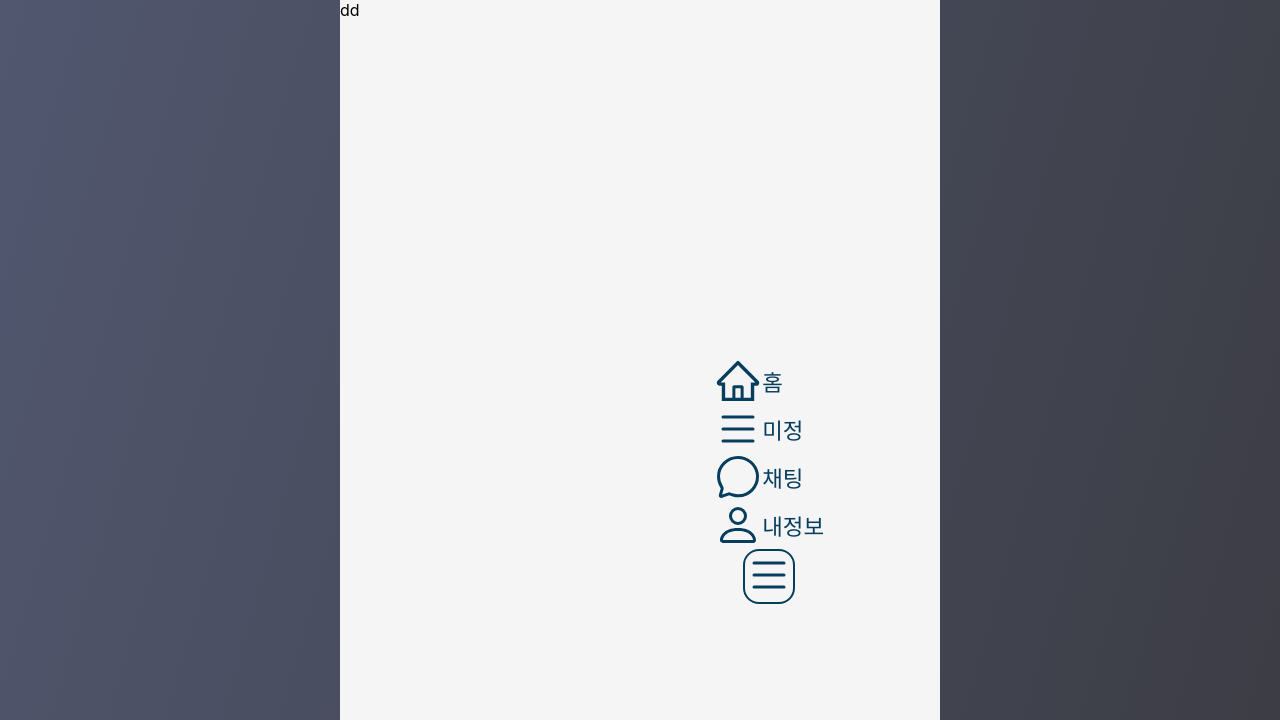
Repository: SeungYn/hanium
Page: /
These files come from the project's save history. The page is drawn as it stood at one moment and after a run of saves; the edit follows.
The browser window is 1280 px wide. The pictures show the whole page.
The project was rebuilt for these pictures with package versions that can differ from the ones it lists, and the page was loaded fresh each time. Also part of the build but not shown: src/App.css, src/components/ReadPopup/ReadPopup.module.css, src/components/ReadPopup/ReadPopup.jsx, src/pages/login/Login.jsx.

Above is the page before, as saved 2022-10-27 14:01:06.

### src/index.js
import React from 'react';
import ReactDOM from 'react-dom/client';
import './index.css';
import App from './App';

import { AuthErrorEventBus, AuthProvider } from './context/AuthContext';
import TokenStorage from './db/token';
import HttpClient from './network/http';
import AuthService from './service/auth';

const baseURL = 'https://d4a8ab3f9df191.lhr.life';
const tokenStorage = new TokenStorage();
const authErrorEventBus = new AuthErrorEventBus();
const httpClient = new HttpClient(baseURL, authErrorEventBus, tokenStorage);
const authService = new AuthService(httpClient, tokenStorage);

const root = ReactDOM.createRoot(document.getElementById('root'));
root.render(
  <React.StrictMode>
    <AuthProvider
      authService={authService}
      authErrorEventBus={authErrorEventBus}
      tokenStorage={tokenStorage}
    >
      <App authService={authService} />
    </AuthProvider>
  </React.StrictMode>
);

### src/index.css
:root {
  --color-darkBlue: #073d5d;
  --color-main: #42a5f5;
  --color-bg-dark: #f5f5f5;
  --color-bg: #fdfffd;
  --color-font: #073d5d;
  --color-accent: #073d5d;
  --color-font-accent: white;
  --color-error-bg: rgba(173, 173, 173, 0.401);
  --color-popup-bg: white;
  /* 사이즈 */
  --font-size-medium: 1.4rem;
  --font-size-small: 1rem;
}

* {
  box-sizing: border-box;
}

html,
body {
  height: 100%;
  width: 100%;
  margin: 0;
  background: rgb(81, 87, 111);
  background: linear-gradient(
    106deg,
    rgba(81, 87, 111, 1) 0%,
    rgba(60, 61, 69, 1) 100%
  );
  accent-color: var(--color-accent);
}
a {
  text-decoration: none;
  color: var(--color-font);
}
ul {
  padding: 0;
  margin: 0;
  list-style: none;
}
#root {
  height: 100%;
  width: 100%;
  max-width: 600px;
  background-color: var(--color-bg-dark);
  margin: auto;
  display: flex;
  flex-direction: column;
  position: relative;
}

button {
  cursor: pointer;
}
body {
  margin: 0;
  font-family: -apple-system, BlinkMacSystemFont, 'Segoe UI', 'Roboto', 'Oxygen',
    'Ubuntu', 'Cantarell', 'Fira Sans', 'Droid Sans', 'Helvetica Neue',
    sans-serif;
  -webkit-font-smoothing: antialiased;
  -moz-osx-font-smoothing: grayscale;
}

code {
  font-family: source-code-pro, Menlo, Monaco, Consolas, 'Courier New',
    monospace;
}

### src/App.js
import { useCallback } from 'react';
import { createBrowserRouter, RouterProvider } from 'react-router-dom';
import './App.css';
import FirstPage from './pages/firstPage/FirstPage';
import Root from './pages/Root';

// const router = createBrowserRouter([
//   {
//     path: '/',
//     element: <Root />,
//     children: [],
//   },
// ]);

function App({ authService }) {
  const router = useCallback(
    createBrowserRouter([
      {
        path: '/',
        element: <Root />,
        children: [
          { index: true, element: <FirstPage authService={authService} /> },
        ],
      },
    ]),
    [authService]
  );
  return <RouterProvider router={router} />;
}

export default App;

### src/context/AuthContext.jsx
import {
  createContext,
  createRef,
  useCallback,
  useContext,
  useEffect,
  useImperativeHandle,
  useMemo,
  useState,
} from 'react';
import ReadPopup from '../components/ReadPopup/ReadPopup';

import Login from '../pages/login/Login';

const AuthContext = createContext({});

const contextRef = createRef();

export function AuthProvider({
  authService,
  authErrorEventBus,
  children,
  tokenStorage,
}) {
  const [user, setUser] = useState(1);
  const [error, setError] = useState(null);

  const context = useMemo(() => ({}), []);

  const onLogin = async ({ loginId, password }) => {
    await authService
      .headerTokenLogin(loginId, password)
      .then((data) => {
        console.log(data);
        tokenStorage.saveUser({
          memberId: data.memberId,
          nickname: data.nickname,
        });
        setUser({ memberId: data.memberId, nickName: data.nickname });
        console.log(tokenStorage.getUser());
        return;
      })
      .catch((error) => {
        setError(error);
      });
  };

  const logout = useCallback(
    async () =>
      await authService.logout().then(() => {
        setUser(undefined);
      }),
    [authService]
  );

  useEffect(() => {
    authErrorEventBus.listen((err) => {
      console.log('err');
      console.log(err);
      setError(err);
      setUser(undefined);
      authService.logout();
    });
  }, [authErrorEventBus]);

  useEffect(() => {
    if (tokenStorage.getUser()) {
      setUser({ ...tokenStorage.getUser() });

      //nav('/');
    }

    //setUser({ token: localStorage.getItem('TOKEN') });
  }, []);

  return (
    <AuthContext.Provider value={context}>
      {user ? (
        children
      ) : (
        <>
          {error && (
            <ReadPopup content={error} onHandler={setError} type={'error'} />
          )}
          <Login authService={authService} onLogin={onLogin} />
        </>
      )}
    </AuthContext.Provider>
  );
}

export class AuthErrorEventBus {
  listen(callback) {
    this.callback = callback;
  }
  notify(error) {
    this.callback(error);
  }
}

export default AuthContext;
export const fetchToken = () => contextRef.current;
export const useAuth = () => useContext(AuthContext);

### src/db/token.js
const TOKEN = 'token';
const USER = 'user';
const USERNICKNAME = 'userNickName';
export default class TokenStorage {
  saveToken(token) {
    localStorage.setItem(TOKEN, token);
  }

  getToken() {
    return localStorage.getItem(TOKEN);
  }

  saveUser(user) {
    console.log(user);
    localStorage.setItem(USER, JSON.stringify(user));
    console.log(localStorage.getItem(USER));
  }

  getUser() {
    return JSON.parse(localStorage.getItem(USER));
  }

  clearToken() {
    console.log('토큰삭제');
    localStorage.clear(TOKEN);
  }
  clearUser() {
    console.log('유저삭제');
    localStorage.clear(USER);
  }
}

### src/network/http.js
export default class HttpClient {
  constructor(baseURL, authErrorEventBus, tokenStorage) {
    this.baseURL = baseURL;
    this.authErrorEventBus = authErrorEventBus;
    this.tokenStorage = tokenStorage;
  }

  async fetch(url, options) {
    console.log(`${this.baseURL}${url}`);
    let res = undefined;
    try {
      res = await fetch(`${this.baseURL}${url}`, {
        ...options,
        headers: {
          'Content-Type': 'application/json',
          ...options.headers,
        },
      });
    } catch (e) {
      const err = new Error('서버와 연결이 안됩니다.');
      throw err;
    }

    console.log(123);
    console.log(res);
    if (res.headers.get('Authorization')) {
      this.tokenStorage.saveToken(
        res.headers.get('Authorization').split(' ')[1]
      );
    }

    let data;
    console.log(res.headers);
    try {
      data = await res.json();
    } catch (error) {
      console.error('데이터 없어서 에러');
    }
    console.log(res);
    if (res.status > 299 || res.status < 200) {
      const message =
        data && data.message ? data.message : 'Something went wrong! 🤪';

      let error = new Error(message);

      if (res.status === 401) {
        console.log('401에러');
        error = new Error('로그인 정보가 잘 못 됐습니다.');
        this.authErrorEventBus.notify(error);
        return;
      }
      if (res.status === 400) {
        error.name = data.code ? data.code : '에러코드 등록 필요';
        console.log(error.message);
        throw error;
      }
      throw error;
    }

    return data;
  }
}

### src/service/auth.js
export default class AuthService {
  constructor(http, tokenStorage) {
    this.http = http;
    this.tokenStorage = tokenStorage;
  }

  //내 정보
  async getMyInfo() {
    const data = await this.http.fetch('/user', {
      method: 'GET',
      headers: this.getHeaders(),
    });
    return data;
  }

  //노드 /signup
  //스프링 /join
  async signup({
    nickname,
    loginId,
    password,
    email,
    sex,
    university,
    dept,
    sno,
  }) {
    console.log(nickname, loginId, password, email, sex, university, dept, sno);
    const data = await this.http.fetch('/auth/join', {
      method: 'POST',
      body: JSON.stringify({
        nickname,
        password,
        loginId,
        email,
        sex,
        university,
        dept,
        sno,
      }),
    });
    //this.tokenStorage.saveToken(data.token);
    return data;
  }

  //헤더로 토큰 받고 로그인
  async headerTokenLogin(loginId, password) {
    console.log(loginId, password);
    const data = await this.http.fetch(`/auth/login`, {
      method: 'POST',
      body: JSON.stringify({ loginId, password }),
    });
    // const res = await fetch(`${this.http.baseURL}/login`, {
    //   method: 'POST',
    //   headers: {
    //     'Content-Type': 'application/json',
    //   },
    //   body: JSON.stringify({ loginId, password }),
    // });

    // let data;
    // try {
    //   data = await res.json();
    // } catch (error) {
    //   console.error(error);
    // }

    // if (res.status > 299 || res.status < 200) {
    //   console.log('승유');
    //   const message =
    //     data && data.message ? data.message : 'Something went wrong! 🤪';
    //   const error = new Error(message);
    //   console.error('error = ', error);

    //   if (res.status === 401) {
    //     this.authErrorEventBus.notify(error);
    //   }
    //   if (res.status === 400) {
    //     error.name = data.code ? data.code : '에러코드 등록 필요';
    //     console.log(error.message);
    //     throw error;
    //   }
    //   throw error;
    // }
    // const token = res.headers.get('Authorization').split(' ')[1];
    // this.tokenStorage.saveToken(token);

    return data;
  }

  //노드서버 /idDuplicate
  //스프링서버 /duplicate-loginId
  async idDuplicateVerification(loginId) {
    const data = await this.http.fetch(`/auth/duplicate-loginId`, {
      method: 'POST',
      body: JSON.stringify({ loginId }),
    });
    return data;
  }

  async nicknameDuplicateVerification(nickname) {
    const data = await this.http.fetch(`/auth/duplicate-nickname`, {
      method: 'POST',
      body: JSON.stringify({ nickname }),
    });
    return data;
  }

  //이메일로 인증번호 받기
  async getEmailAuthenticationNumber(email) {
    console.log(email);
    const data = await this.http.fetch('/auth/mail-auth', {
      method: 'POST',
      body: JSON.stringify({
        email,
      }),
    });
    return data;
  }

  //인증번호 확인
  async authenticationNumberVerification(number) {
    const data = await this.http.fetch('/auth/mailcode-auth', {
      method: 'POST',
      body: JSON.stringify({
        code: number,
      }),
    });
    return data;
  }
  //노드서버 auth/login
  async login(loginId, password) {
    const data = await this.http.fetch('/auth/login', {
      method: 'POST',
      body: JSON.stringify({ loginId, password }),
    });
    this.tokenStorage.saveToken(data.token);
    return data;
  }

  async test() {
    const data = await this.http.fetch('/user', {
      method: 'GET',
      headers: this.getHeaders(),
    });
    return data;
  }

  async me() {
    const token = this.tokenStorage.getToken();
    return this.http.fetch('/me', {
      method: 'GET',
      headers: { Authorization: `Bearer ${token}` },
    });
  }

  async logout() {
    this.tokenStorage.clearToken();
    this.tokenStorage.clearUser();
  }

  getHeaders() {
    const token = this.tokenStorage.getToken();
    return {
      Authorization: `Bearer ${token}`,
    };
  }
}

### src/pages/firstPage/FirstPage.jsx
import React from 'react';

export default function FirstPage() {
  return <div>dd</div>;
}

### src/pages/Root.jsx
import React from 'react';
import { Outlet } from 'react-router-dom';
import Navbar from '../components/Navbar/Navbar';

export default function Root() {
  return (
    <>
      <Outlet />
      <Navbar />
    </>
  );
}

### src/components/Navbar/Navbar.jsx
import React, { useRef, useState } from 'react';
import { NavLink } from 'react-router-dom';
import styles from './Navbar.module.css';
import { AiOutlineHome } from 'react-icons/ai';
import { BsList, BsPerson } from 'react-icons/bs';
import { IoChatbubbleOutline } from 'react-icons/io5';
import { IconContext } from 'react-icons';

export default function Navbar() {
  const navMenuRef = useRef();
  const [navToggle, setNavToggle] = useState(false);
  const handleBtn = (e) => {
    setNavToggle((t) => !t);
  };
  console.log(navToggle ? styles.navAppear : styles.navDisappear);
  return (
    <nav className={styles.nav}>
      <IconContext.Provider value={{ className: styles.reactIcon }}>
        <div
          ref={navMenuRef}
          className={`${styles.navMenu} ${
            navToggle ? styles.navAppear : styles.navDisappear
          }`}
        >
          <NavLink
            to='/'
            className={({ isActive }) =>
              isActive
                ? `${styles.active} ${styles.link}`
                : `${styles.unactive} ${styles.link}`
            }
          >
            <AiOutlineHome />
            <span className={styles.text}>홈</span>
          </NavLink>

          <NavLink
            to='/1'
            className={({ isActive }) =>
              isActive
                ? `${styles.active} ${styles.link}`
                : `${styles.unactive} ${styles.link}`
            }
          >
            <BsList />
            <span className={styles.text}>미정</span>
          </NavLink>

          <NavLink
            to='/2'
            className={({ isActive }) =>
              isActive
                ? `${styles.active} ${styles.link}`
                : `${styles.unactive} ${styles.link}`
            }
          >
            <IoChatbubbleOutline />
            <span className={styles.text}>채팅</span>
          </NavLink>

          <NavLink
            to='/3'
            className={({ isActive }) =>
              isActive
                ? `${styles.active} ${styles.link}`
                : `${styles.unactive} ${styles.link}`
            }
          >
            <BsPerson />
            <span className={styles.text}>내정보</span>
          </NavLink>
        </div>
        <button className={styles.btn} onClick={handleBtn}>
          <BsList />
        </button>
      </IconContext.Provider>
    </nav>
  );
}

### src/pages/login/Login.module.css
button {
  outline: none;
  border: none;
  color: var(--color-font);
  border: 2px solid var(--color-font);
  padding: 0.4rem 0;
  background-color: transparent;
  border-radius: 1rem;
}

button:hover {
  background-color: var(--color-accent);
  color: var(--color-font-accent);
}

.container {
  display: flex;
  flex-direction: column;
  overflow-y: auto;
  align-items: center;
  width: 100%;
}
.authTitle {
  width: 100%;
  text-align: center;
  color: var(--color-font);
}
.authForm {
  width: 100%;
}

.authForm__itemList .authForm__item,
.authForm__itemList .authForm__emailGroup {
  margin-top: 0.6rem;
}

.authForm__emailGroup {
  display: flex;
}

.emailBtn {
  flex: 0 0 20%;
  font-size: var(--font-size-small);
}

label[for='signup'] {
  cursor: pointer;
}

.form_signup {
  margin-top: 0.6rem;
  text-align: center;
}

.auth_btn {
  margin-top: 0.6rem;
  width: 100%;
  font-size: var(--font-size-medium);
  outline: none;
  border: none;
  color: var(--color-font);
  border: 2px solid var(--color-font);
  padding: 0.4rem 0;
  background-color: transparent;
  border-radius: 1rem;
}

.auth_btn:hover {
  background-color: var(--color-accent);
  color: var(--color-font-accent);
}

### src/components/Navbar/Navbar.module.css
.nav {
  position: absolute;
  bottom: 1rem;
  right: 1rem;
  font-size: var(--font-size-medium);
  text-align: center;
  display: flex;
  flex-direction: column;
  justify-content: end;
  margin: 100px;
  align-items: center;
  height: 100%;
}

.link {
  display: flex;
  align-items: center;
}

.link:hover {
  color: black;
}

.navMenu {
  /* opacity: 0;
  pointer-events: none;
  transition: all 0.1s ease-out; */

  transition: height 1s ease-out;
  overflow: hidden;

  min-height: 0;
}

.navAppear {
}

.navDisappear {
}

.reactIcon {
  font-size: 3rem;
}

.btn {
  padding: 0;
}

/* @keyframes listUp {
  0% {
    height: 0%;
  }
  50% {
    height: 50%;
  }
  100% {
    height: 100%;
  }
} */

Loaded but not shown: public/index.html (common file)

After the next 3 saves:
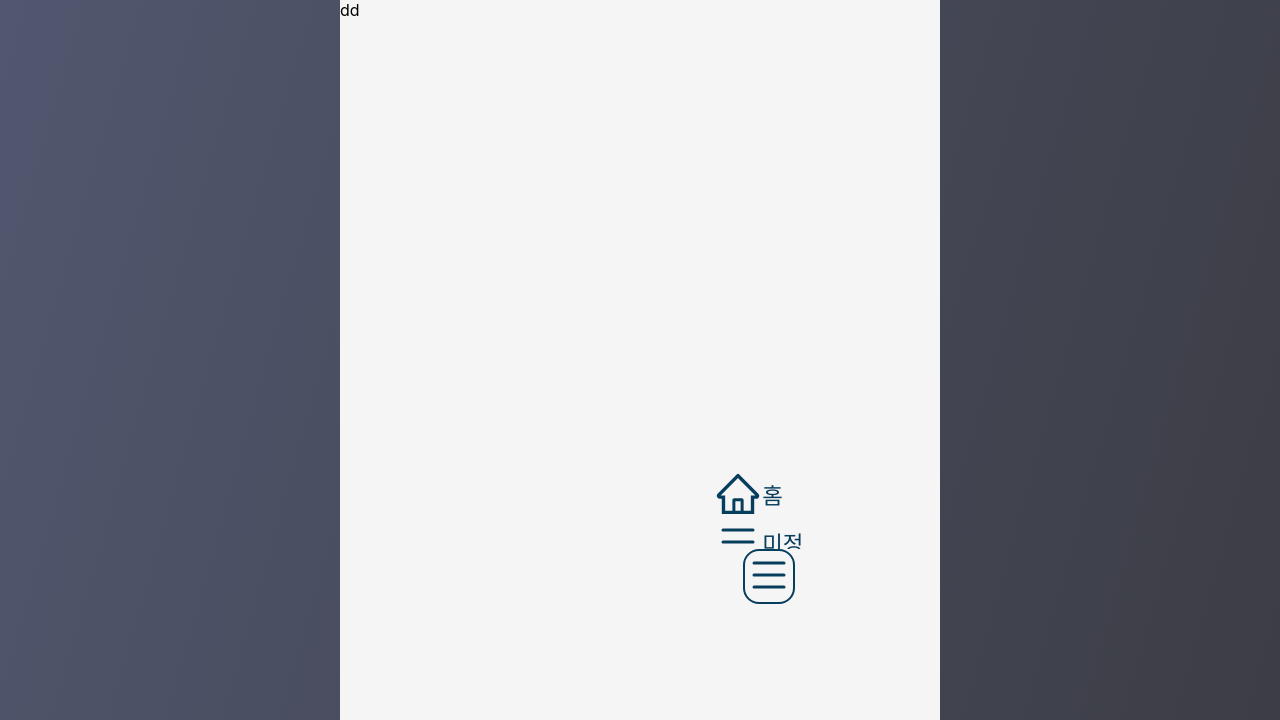
The 3 saves are shown as one change because they came seconds apart.
The last was saved 18 s later.
--- a/src/components/Navbar/Navbar.module.css
+++ b/src/components/Navbar/Navbar.module.css
@@ -28,7 +28,7 @@
 
   transition: height 1s ease-out;
   overflow: hidden;
-
+  height: 11%;
   min-height: 0;
 }
 
